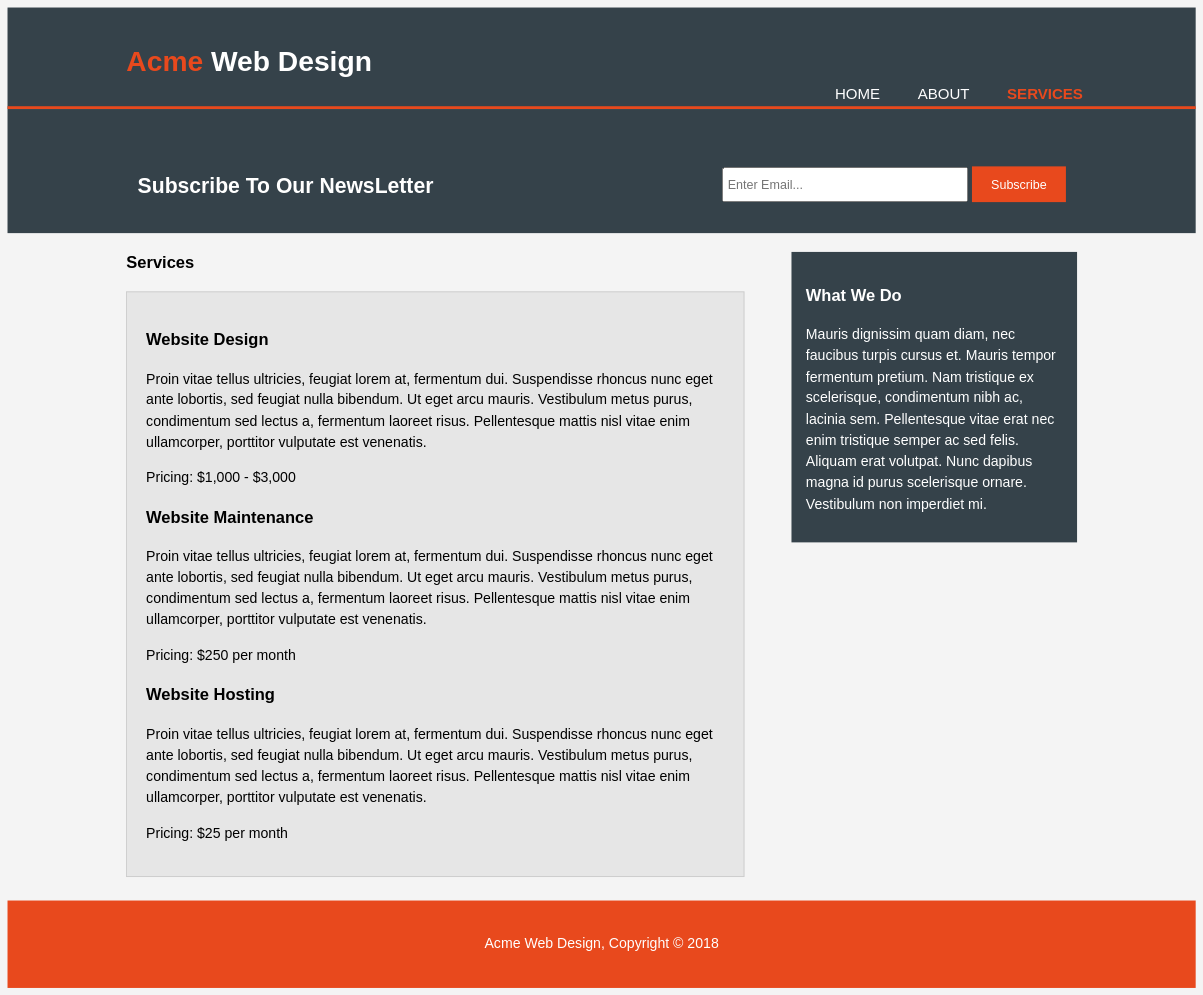
Repository: Meli9494/Proyecto-Bootstrap
Page: acme web/services.html
The author's editor kept a record of every edit. The page is drawn from the files as they stood at one moment, then again after the next edit.
The browser window is 1280 px wide. The pictures show the whole page, at 94% of full size.

Above is the page before.

### acme web/services.html
<!DOCTYPE html>
<html>
    <!--Head
    ___________________________________________________________________________________________________________-->
    <head>
        <!--Charset utf8
        _______________________________________________________________________________________________________-->
        <meta charset="utf-8">
        <!--Any Device Width
        _______________________________________________________________________________________________________-->
        <meta name="viewport" content="width=device-width">
        <!--Descripcion, palabras claves, autor
        _______________________________________________________________________________________________________-->
        <meta name="description" content="Affordable and professional web design">
        <meta name="keywords" content="web design, affordable web design, professional web design">
        <meta name="author" content="Brad Traversy">
        <!--SERVICES
        _______________________________________________________________________________________________________-->
        <title>Acme Web Design | Services</title>
        <!-- CSS
        _______________________________________________________________________________________________________-->
        <link rel="stylesheet" href="./css/style.css">
    </head>

    <!--Body
    ___________________________________________________________________________________________________________-->
    <body>
        <!--Header
        _______________________________________________________________________________________________________-->
        <header>
            <!--CONTENEDOR CON LOGO
            ___________________________________________________________________________________________________-->
            <div class="container">
                <div id="branding">
                    <h1><span class="highlight">Acme</span> Web Design</h1>
                </div>
            </div>
            <!--NAV
            ___________________________________________________________________________________________________-->
            <nav>
                <ul>
                    <li><a href="index.html">Home</a></li>
                    <li><a href="about.html">About</a></li>
                    <li class="current"><a href="services.html">Services</a></li>
                </ul>
            </nav>
        </header>

        <!--SECTION NEWS LETTER
        ________________________________________________________________________________________________________-->
        <section id="newsletter">
            <div class="container">
                <h1>Subscribe To Our NewsLetter</h1>
                <form>
                    <input type="email" placeholder="Enter Email...">
                    <button type="submit" class="button_1">Subscribe</button>
                </form>
            </div>
        </section>

        <!--SECTION BOXES
        _________________________________________________________________________________________________________-->
        <section id="main">
            <div class="container">
                <article id="main-col">
                    <h1 class="page-title">Services</h1>
                    <ul id="services">
                        <li>
                            <h3>Website Design</h3>
                            <p>Proin vitae tellus ultricies, feugiat lorem at, fermentum dui. Suspendisse rhoncus nunc eget ante lobortis, sed feugiat nulla bibendum. Ut eget arcu mauris. Vestibulum metus purus, condimentum sed lectus a, fermentum laoreet risus. Pellentesque mattis nisl vitae enim ullamcorper, porttitor vulputate est venenatis.</p>
                            <p>Pricing: $1,000 - $3,000</p>
                        </li>
                        <li>
                            <h3>Website Maintenance</h3>
                            <p>Proin vitae tellus ultricies, feugiat lorem at, fermentum dui. Suspendisse rhoncus nunc eget ante lobortis, sed feugiat nulla bibendum. Ut eget arcu mauris. Vestibulum metus purus, condimentum sed lectus a, fermentum laoreet risus. Pellentesque mattis nisl vitae enim ullamcorper, porttitor vulputate est venenatis.</p>
                            <p>Pricing: $250 per month</p>
                        </li>
                        <li>
                            <h3>Website Hosting</h3>
                            <p>Proin vitae tellus ultricies, feugiat lorem at, fermentum dui. Suspendisse rhoncus nunc eget ante lobortis, sed feugiat nulla bibendum. Ut eget arcu mauris. Vestibulum metus purus, condimentum sed lectus a, fermentum laoreet risus. Pellentesque mattis nisl vitae enim ullamcorper, porttitor vulputate est venenatis.</p>
                            <p>Pricing: $25 per month</p>
                        </li>
                    </ul>
                </article>

                <aside id="sidebar">
                    <div class="dark">
                        <h3>What We Do</h3>
                        <p>Mauris dignissim quam diam, nec faucibus turpis cursus et. Mauris tempor fermentum pretium. Nam tristique ex scelerisque, condimentum nibh ac, lacinia sem. Pellentesque vitae erat nec enim tristique semper ac sed felis. Aliquam erat volutpat. Nunc dapibus magna id purus scelerisque ornare. Vestibulum non imperdiet mi.</p>
                    </div>
                </aside>
            </div>
        </section>

        <!--FOOTER
        ________________________________________________________________________________________________________-->
        <footer>
            <p>Acme Web Design, Copyright &copy; 2018</p>
        </footer>
    </body>

</html>

### acme web/css/style.css
/*BODY*/
body {
    font-family: Arial, Helvetica, sans-serif;
    font-size: 15px;
    line-height: 1.5;
    font: 15px/1.5 Arial, Helvetica, sans-serif;
    padding: 0;
    background-color: #f4f4f4;
}

/*Global*/
.container {
    width: 80%;
    margin: auto;
    overflow: hidden;
}

/*Header UL*/
ul {
    margin: 0;
    padding: 0;
}

/*botton*/
.button_1 {
    height: 38px;
    background: #e8491d;
    border: none;
    padding-left: 20px;
    padding-right: 20px;
    color: #ffffff;
}

.dark {
    padding: 15px;
    background: #35424a;
    color: #ffffff;
    margin-top: 10px;
    margin-bottom: 10px;
}

/*Header*/
header {
    background: #35424a;
    color: #ffffff;
    padding-top: 35px;
    min-height: 70px;
    border-bottom: #e8491d 3px solid;
}

header a {
    color: #ffffff;
    text-decoration: none;
    text-transform: uppercase;
    font-size: 16px;
}

/*HEADER LI*/
header li {
    float: left;
    display: inline;
    padding: 0 20px 0 20px;
}

/*logo*/
header #branding{
    float: left;
}

header #branding h1 {
    margin: 0;
}

/*header nav*/
header nav {
    float: right;
    margin-right: 100px;
    margin-bottom: 50px;
}

/* to make acme and home orange*/
header .highlight, header .current a {
    color: #e8491d;
    font-weight: bold;
}

/*HOVER*/
header a:hover {
    color: #cccccc;
    font-weight: bold;
}

/*showcase*/
#showcase {
    min-height: 400px;
    background: url('../img/showcase.jpg') no-repeat 0 -450px;
    text-align: center;
    color: #ffffff;
}

#showcase h1 {
    margin-top: 100px;
    font-size: 55px;
    margin-bottom: 10px;
}

#showcase p {
    font-size: 20px;
}

/*NEWSLETTER*/
#newsletter {
    padding: 15px;
    color: #ffffff;
    background: #35424a;
}

#newsletter h1 {
    float: left;
}

#newsletter form {
    float: right;
    margin-top: 15px;
}

#newsletter input {
    padding: 4px;
    height: 25px;
    width: 250px;
}

/*BOXES*/
#boxes {
    margin-top: 20px;
}

#boxes .box {
    float: left;
    text-align: center;
    width: 30%;
    padding: 10px;
}

#boxes .box img {
    width: 90px;
}

/*SIDEBAR ABOUT US*/
aside#sidebar {
    float: right;
    width: 30%;
    margin-top: 10px;
}

aside#sidebar .quote input, aside#sidebar .quote textarea {
    width: 90%;
    padding: 5px;
}

/*article main col*/
article#main-col {
    float: left;
    width: 65%;
}

/* Services */
ul#services {
    list-style: none;
    padding: 20px;
    border: #cccccc solid 1px;
    margin-bottom: 5px;
    background: #e6e6e6;
}

/*FOOTER*/
footer {
    padding: 20px;
    margin-top: 20px;
    color: #ffffff;
    background-color: #e8491d;
    text-align: center;
}

/*Media Queries*/
@media (max-width: 768px) {
    header #branding,
    header nav,
    header nav li,
    #newsletter h1,
    #newsletter form,
    #boxes .box,
    article#main-col,
    aside#sidebar{
        float: none;
        text-align: center;
        width: 100%;
    }

    header {
        padding-bottom: 20px;
    }

    #showcase h1 {
        margin-top: 40px;
    }

    #newsletter button, .quote button {
        display: block;
        width: 100%;
    }

    #newsletter form input[type="email"], .quote input, .quote textarea {
        width: 100%;
        margin-bottom: 5px;
    }
}

After the next edit:
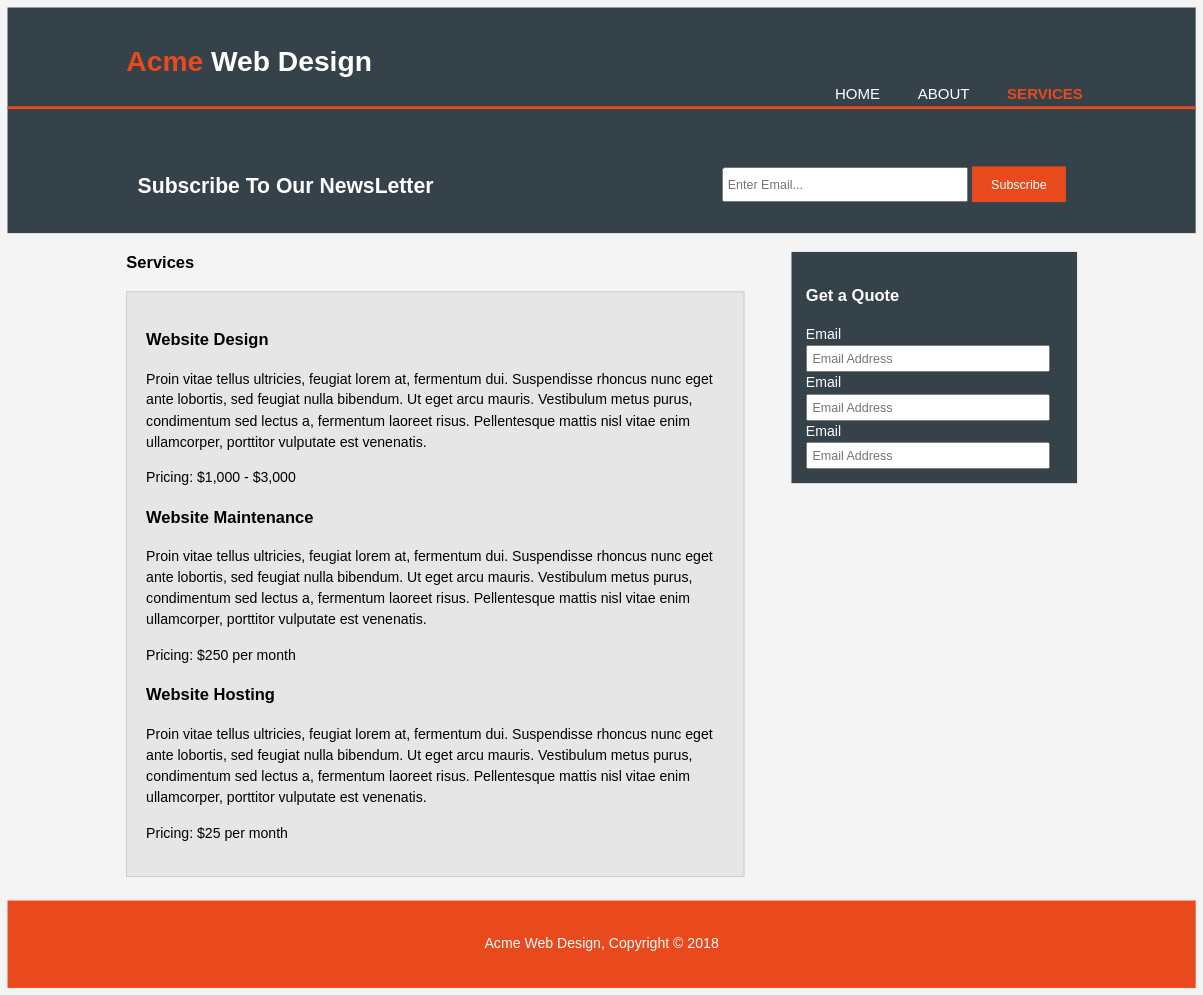
The edit:
--- a/acme web/services.html
+++ b/acme web/services.html
@@ -85,8 +85,21 @@
 
                 <aside id="sidebar">
                     <div class="dark">
-                        <h3>What We Do</h3>
-                        <p>Mauris dignissim quam diam, nec faucibus turpis cursus et. Mauris tempor fermentum pretium. Nam tristique ex scelerisque, condimentum nibh ac, lacinia sem. Pellentesque vitae erat nec enim tristique semper ac sed felis. Aliquam erat volutpat. Nunc dapibus magna id purus scelerisque ornare. Vestibulum non imperdiet mi.</p>
+                        <h3>Get a Quote</h3>
+                        <form class="quote">
+                            <div>
+                                <label>Email</label><br>
+                                <input type="text" placeholder="Email Address">
+                            </div>
+                            <div>
+                                <label>Email</label><br>
+                                <input type="text" placeholder="Email Address">
+                            </div>
+                            <div>
+                                <label>Email</label><br>
+                                <input type="text" placeholder="Email Address">
+                            </div>
+                        </form>
                     </div>
                 </aside>
             </div>
